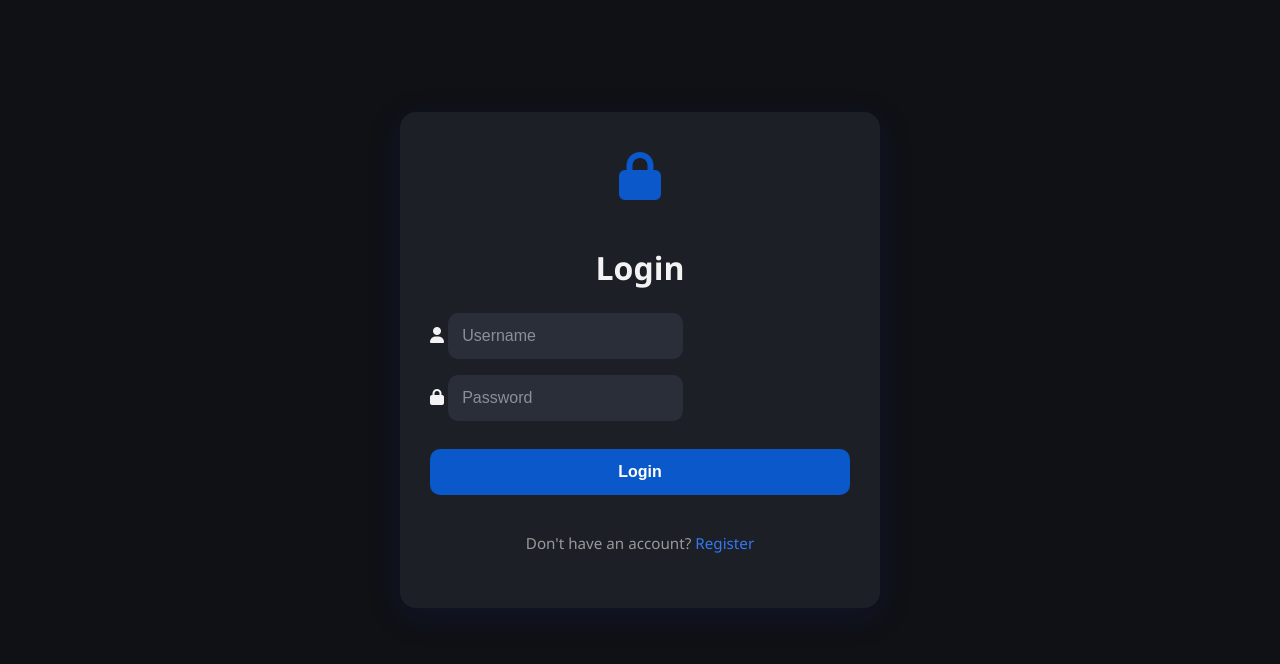
Repository: lowluds/auth-flask
Page: http://localhost/login
These files come from the project's save history. The page is drawn as it stood at one moment and after a run of saves; the edit follows.
The browser window is 1280 px wide. The pictures show the whole page.
The page is served by the project's application, run on Flask 3 (login.py).

Above is the page before, as saved 2025-07-10 22:10:25.

### templates/login.html
<!DOCTYPE html>
<html lang="en">
<head>
    <meta charset="UTF-8">
    <meta name="viewport" content="width=device-width, initial-scale=1.0">
    <title>Login</title>
    <link rel="stylesheet" href="{{ url_for('static', filename='register.css') }}">
    <link rel="stylesheet" href="{{ url_for('static', filename='error.css') }}">
    <link rel="stylesheet" href="https://cdnjs.cloudflare.com/ajax/libs/font-awesome/6.5.0/css/all.min.css">
</head>

<body>
    <div class="login-container">
        <i class="fas fa-lock" style="font-size:48px; color:#0a58ca; margin-bottom: 20px;"></i>
        <h2>Login</h2>
        <form method="post" action="/login">

          <div class="input-group">
              <i class="fas fa-user"></i>
              <input type="text" name="username" placeholder="Username" required><br>
            </div>

            <div class="input-group">
              <i class="fas fa-lock"></i>
              <input type="password" name="password" placeholder="Password" required><br>
            </div>

            {% with messages = get_flashed_messages(with_categories=true) %}
              {% if messages %}
                {% for category, message in messages %}
                  {% if category == 'error' %}
                  <div class="input-error">{{ message }}</div>
                  {% endif %}
                {% endfor %}
              {% endif %}
            {% endwith %}

            <button type="submit">Login</button><br>

            {% if show_forgot %}
            <a href="{{ url_for('forgot_password') }}" class="forgot-link">Forgot password?</a>
            {% endif %}

        </form>
        <p>Don't have an account? <a href="/register">Register</a></p>
    </div>
</body>
</html>

### login.py
from flask import Flask, render_template, request, redirect, url_for, session, flash
from werkzeug.security import check_password_hash
from werkzeug.security import generate_password_hash
import json

app = Flask (__name__)
app.secret_key = '123abc456'  # Change this to a secure random value

@app.route('/')
def home():
    return redirect(url_for('login'))

# Login
@app.route('/login', methods=['GET', 'POST'])
def login():
    if request.method == 'POST':
        # Get form input
        username = request.form['username']
        password = request.form['password']

        # Load users from JSON
        with open('users/userDB.json', 'r') as file:
            data = json.load(file)

        # Look for user
        for user in data['users']:
            if user['username'] == username:
                # Check hashed password
                if check_password_hash(user['password'], password):
                    session['username'] = username
                    session['group'] = user['group']
                    session.pop('show_forgot', None)

                    # Redirect based on group
                    if user['group'] == 'admin':
                        return redirect(url_for('admin'))
                    else:
                        return redirect(url_for('dashboard'))

                flash("Incorrect password", "error")
                session['show_forgot'] = True
                return redirect(url_for('login'))

        flash("Username or password not found", "error")
        session.pop('show_forgot', None)
        return redirect(url_for('login'))

    show_forgot = session.pop('show_forgot', False)
    return render_template('login.html', show_forgot=show_forgot)

# Register
@app.route('/register', methods=['GET', "POST"])
def register():
    if request.method == 'POST':
        username = request.form['username']
        password = request.form['password']
        group = "user"

        # Load existing users
        with open('users/userDB.json', 'r') as file:
            data = json.load(file)

        # Check for duplicate username
        for user in data['users']:
            if user['username'] == username:
                flash("Username already exists. Please choose another.", "error")
                return redirect(url_for('register'))

        # Hash the password
        hashed_password = generate_password_hash(password)

        # Add new user to userDB.json
        data['users'].append({
            'username': username,
            'password': hashed_password,
            'group'   : group
        })

        # Save the updated user to userDB.json
        with open('users/userDB.json', "w") as file:
            json.dump(data, file, indent=4)

        flash("You are registered! Please log in.", "success")
        return redirect(url_for('login'))

    # Only runs for GET requests
    return render_template('register.html')

# Forgot Password
@app.route('/forgot')
def forgot_password():
    return render_template('forgot.html')

# Dashboard
@app.route('/dashboard')
def dashboard():
    # Check if user is logged in
    if 'username' in session:
        return render_template('dashboard.html')
    else:
        return redirect(url_for('login'))
# Admin dashboard
@app.route('/admin')
def admin():
    if 'username' in session:
        if session.get('group') == 'admin':
            return render_template('admin.html')
        else:
            return "You are logged in, but not authorized to view this page"
    else:
        return redirect(url_for('login'))

# Logout
@app.route('/logout')
def logout():
    session.pop('username', None)
    return redirect(url_for('login'))

if __name__ == '__main__':
    app.run(debug=True)

### static/register.css
/* Global dark theme */
body {
    background: #0f1115;
    font-family: 'Segoe UI', Tahoma, Geneva, Verdana, sans-serif;
    margin: 0;
    padding: 0;
    color: #f3f3f3;
    min-height: 100vh;
    display: flex;
    justify-content: center;
    align-items: center;
}

/* Shared container styles */
.login-container,
.register-container,
.dashboard-container,
.admin-dashboard-container {
    background: #1c1f26;
    max-width: 420px;
    width: 100%;
    padding: 40px 30px;
    margin: 60px auto;
    border-radius: 16px;
    box-shadow: 0 8px 32px rgba(31, 38, 135, 0.18);
    display: flex;
    flex-direction: column;
    align-items: center;
}

/* Headings */
.login-container h2,
.register-container h2,
.dashboard-container h2,
.admin-dashboard-container h2 {
    color: #f3f3f3;
    margin-bottom: 24px;
    font-weight: 600;
    font-size: 2rem;
    text-align: center;
}

/* Forms */
form {
    width: 100%;
    display: flex;
    flex-direction: column;
}

/* Labels */
label {
    margin-bottom: 6px;
    color: #ccc;
    font-size: 0.95rem;
}

/* Inputs */
input,
select {
    padding: 14px;
    margin-bottom: 16px;
    border: none;
    border-radius: 10px;
    background-color: #2a2e39;
    color: #f3f3f3;
    font-size: 1rem;
    transition: all 0.2s ease-in-out;
}

input::placeholder {
    color: #8a8f9c;
}

input:focus,
select:focus {
    outline: none;
    background-color: #2f3541;
    border: 1.5px solid #3478f6;
}

/* Buttons */
button {
    background-color: #0a58ca;
    color: #fff;
    border: none;
    border-radius: 10px;
    padding: 14px;
    font-size: 1rem;
    font-weight: 600;
    cursor: pointer;
    transition: background-color 0.3s ease;
    margin-top: 12px;
}

button:hover {
    background-color: #0846a1;
}

/* Links */
a {
    color: #3478f6;
    text-decoration: none;
    font-weight: 500;
    font-size: 0.95rem;
}

a:hover {
    color: #5a9afc;
    text-decoration: underline;
}

/* Paragraphs */
p {
    margin-top: 16px;
    color: #999;
    font-size: 0.95rem;
}

/* Forgot Password */
.forgot-link {
    text-align: center;
    margin-bottom: 10px;
}

/* Flash error styling */
.input-error {
    color: #ff4d4d;
    font-weight: bold;
    margin-bottom: 12px;
    text-align: center;
}

/* Responsive */
@media (max-width: 600px) {
    .login-container,
    .register-container,
    .dashboard-container,
    .admin-dashboard-container {
        width: 90%;
        padding: 24px;
    }
}

### static/error.css
/* Modern error style for login and form input errors */
.input-error {
    background: none;
    color: #ff0000;
    padding: 0;
    border-radius: 0;
    margin: 14px 0 18px 0;
    font-weight: 600;
    text-align: center;
    box-shadow: none;
    letter-spacing: 0.7px;
    font-size: 1.08rem;
    border: none;
    text-shadow: none;
    max-width: 400px;
    width: 90%;
    margin-left: auto;
    margin-right: auto;
}
@keyframes fadeOut {
  0% { opacity: 0.98; transform: translateY(0); }
  80% { opacity: 0.98; }
  100% { opacity: 0; transform: translateY(-20px); pointer-events: none; }
}

After the next 2 saves:
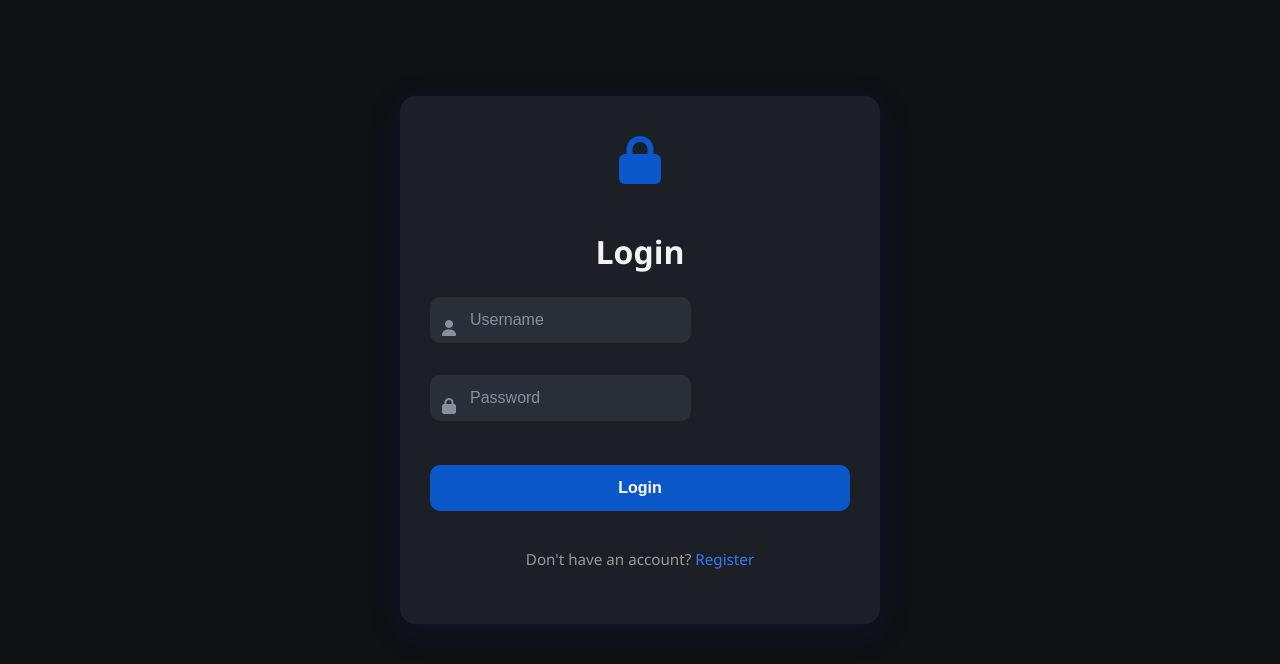
The 2 saves are shown as one change because they came seconds apart.
The last was saved 27 s later.
--- a/static/register.css
+++ b/static/register.css
@@ -26,6 +26,25 @@ body {
     display: flex;
     flex-direction: column;
     align-items: center;
+}
+
+.input-group {
+    position: relative;
+    width: 100%;
+    margin-bottom: 16px;
+}
+
+.input-group i {
+    position: absolute;
+    top: 50%;
+    left: 12px;
+    transform: translateY(-50%);
+    color: #8a8f9c;
+    font-size: 1rem;
+}
+
+.input-group input {
+    padding-left: 40px;
 }
 
 /* Headings */
